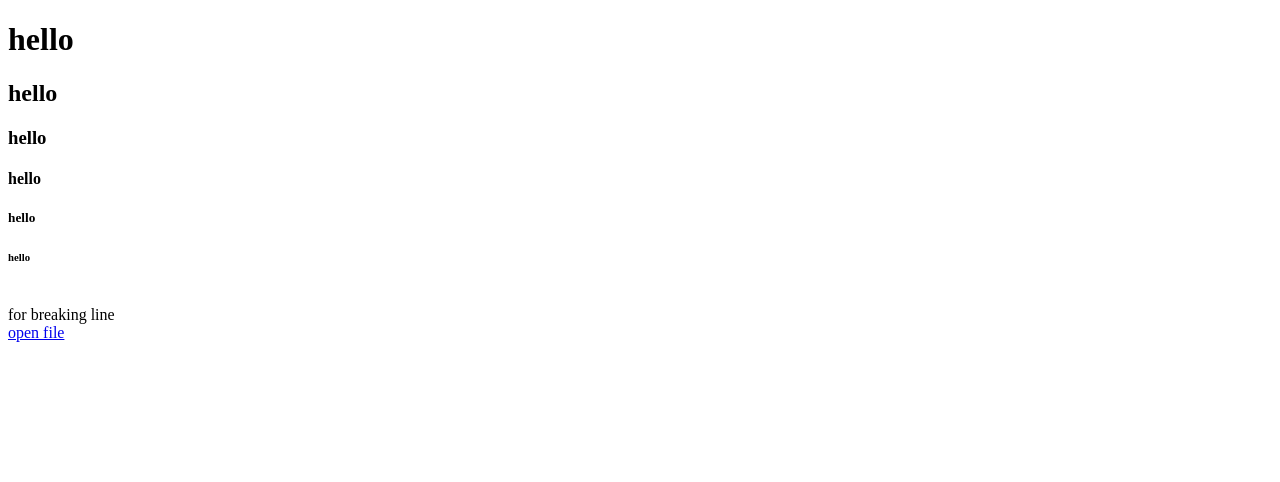
Repository: kajol-thakur5/backend_proj
Page: myfirstwebapp/WebContent/index.html
An editor plug-in stored every save of this project. The page is shown before and after the next save, followed by the edit.
The browser window is 1280 px wide. The pictures show the whole page.

Above is the page before, as saved 2023-01-31 10:38:01.

### myfirstwebapp/WebContent/index.html
<!DOCTYPE html>
<html>
<head>
<meta charset="ISO-8859-1">
<title>Insert title here</title>
</head>
<body>
<h1>hello</h1>
<h2>hello</h2>
<h3>hello</h3>
<h4>hello</h4>
<h5>hello</h5>
<h6>hello</h6>
<br>
for breaking line<br>
<a href="https://lms.simplilearn.com/courses/3851/Become-a-back-end-expert/syllabus">open file</a>
</body>
</html>

After the next save:
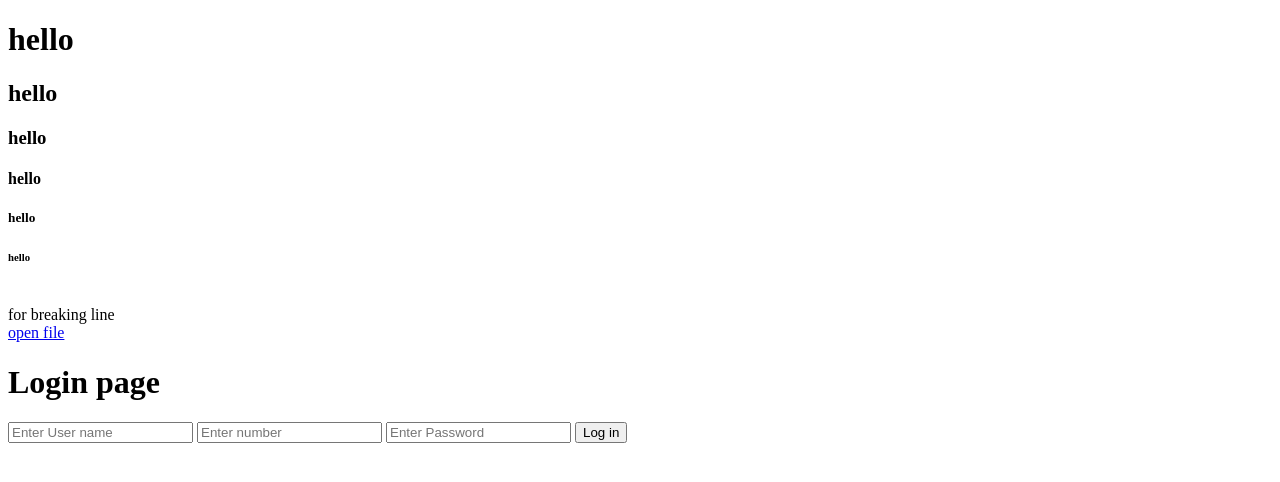
Saved 8 min 51 s later.
--- a/myfirstwebapp/WebContent/index.html
+++ b/myfirstwebapp/WebContent/index.html
@@ -14,5 +14,13 @@
 <br>
 for breaking line<br>
 <a href="https://lms.simplilearn.com/courses/3851/Become-a-back-end-expert/syllabus">open file</a>
+<br>
+<form action="" method="post">
+<h1>Login page</h1>
+<input type="text" name="username" placeholder="Enter User name">
+<input type="number" name="number" placeholder="Enter number">
+<input type="password" name="password" placeholder="Enter Password">
+<input type="submit" value="Log in">
+</form>
 </body>
 </html>
